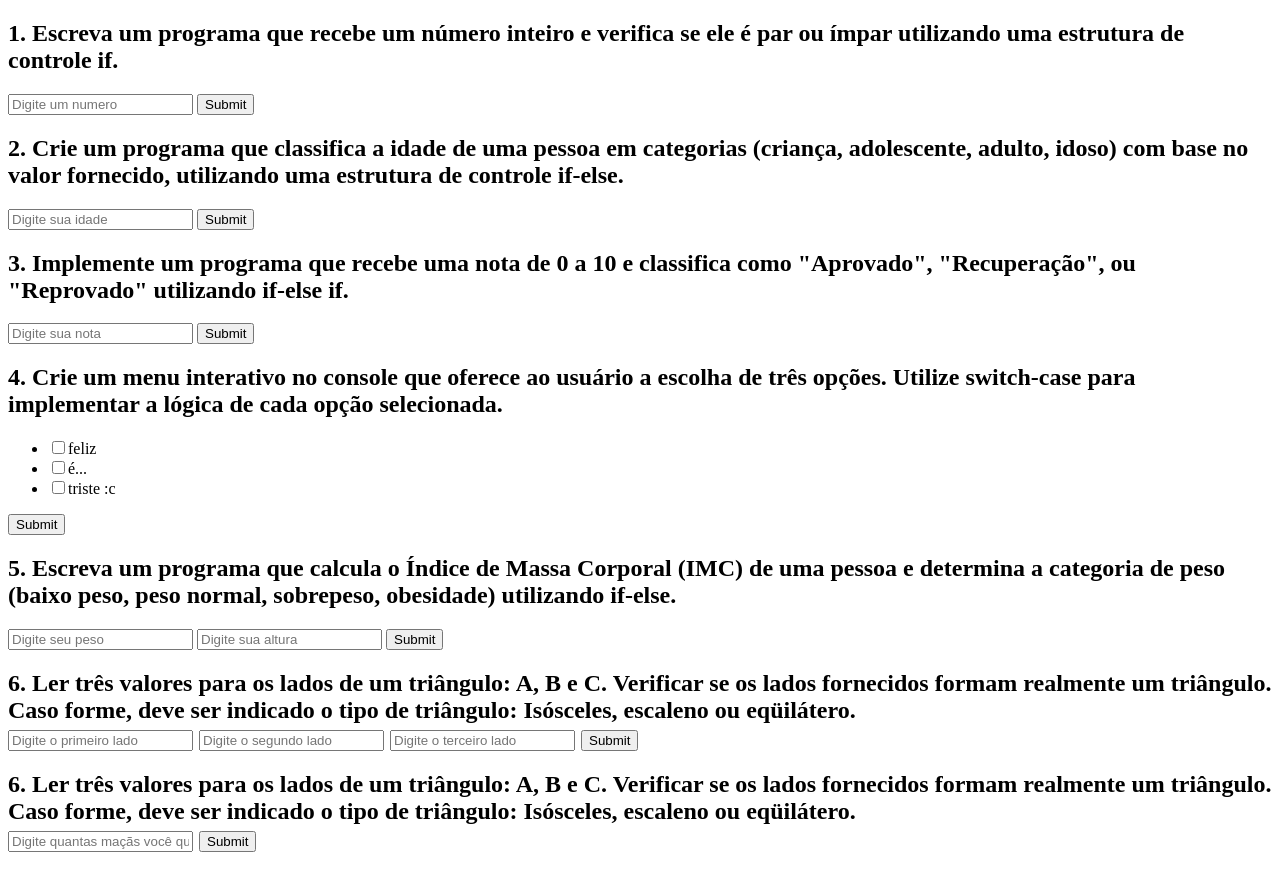
Repository: chidekina/prati-logica
Page: index.html
An editor plug-in stored every save of this project. The page is shown before and after the next save, followed by the edit.
The browser window is 1280 px wide. The pictures show the whole page.

Above is the page before, as saved 2025-04-29 15:55:08.

After the next save:
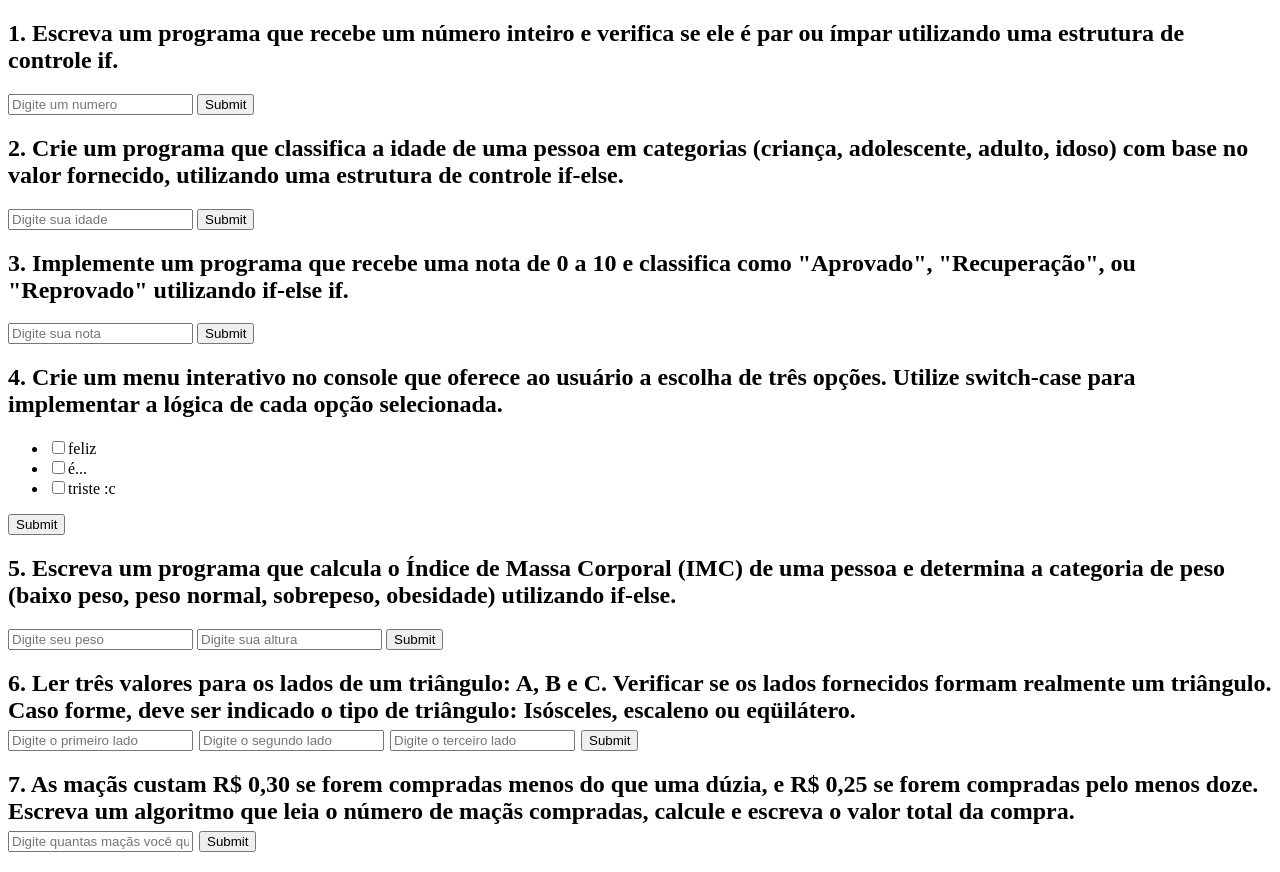
Saved 50 s later.
--- a/index.html
+++ b/index.html
@@ -71,9 +71,9 @@
         <h3 id="answer6"></h3>
       </div>
       <div>
-        <h2>6. Ler três valores para os lados de um triângulo: A, B e C. Verificar se os lados fornecidos
-            formam realmente um triângulo. Caso forme, deve ser indicado o tipo de triângulo:
-            Isósceles, escaleno ou eqüilátero.
+        <h2>7. As maçãs custam R$ 0,30 se forem compradas menos do que uma dúzia, e R$ 0,25 se
+            forem compradas pelo menos doze. Escreva um algoritmo que leia o número de maçãs
+            compradas, calcule e escreva o valor total da compra.
         <div>
           <input id="task7" type="text" placeholder="Digite quantas maçãs você quer comprar." />
           <input type="submit" onclick="classificacaoTriangulo()" />
